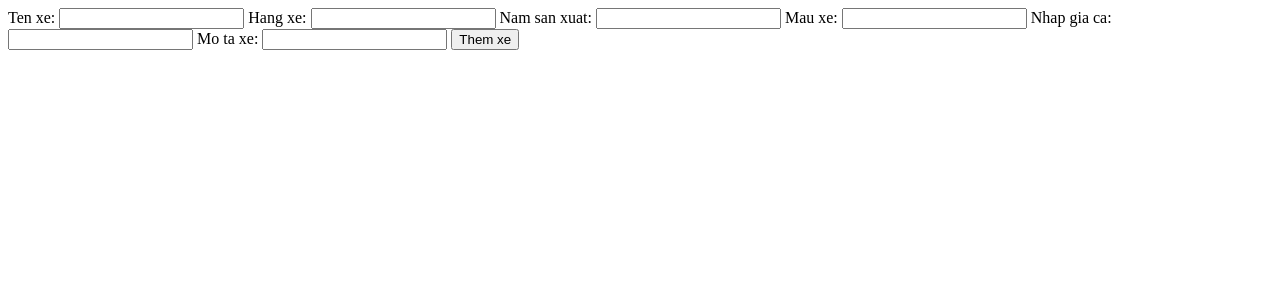
Repository: vule2809/LTW-20146307
Page: http://localhost/A-banxemay/views/product/addProduct.jsp
The author's editor kept a copy of each file at every save. The page is drawn from the files as they stood at one save, then again after the next save.
The browser window is 1280 px wide. The pictures show the whole page.
The page is served by Tomcat 9. Nobody is signed in. The application's start-up code is not run. Other server files are loaded and not shown.

Above is the page before, as saved 2023-12-05 05:50:55.

### A-banxemay/src/main/webapp/views/product/addProduct.jsp
<%@ page language="java" contentType="text/html; charset=UTF-8"
	pageEncoding="UTF-8"%>
<%@ taglib uri="http://java.sun.com/jsp/jstl/core" prefix="c"%>
<!DOCTYPE html>
<html>
<head>
<meta charset="UTF-8">
<title>Insert title here</title>
</head>
<body>
	<form action="add" method="post">
		<label>Ten xe:</label> <input type="text" name="ProductName">
		<label>Hang xe:</label> <input type="text" name="Brand">
		<label>Nam san xuat:</label> <input type="text" name="Year">
		<label>Mau xe:</label> <input type="text" name="Color">
		<label>Nhap gia ca:</label> <input type="text" name="Price">
		<label>Mo ta xe:</label> <input type="text" name="Description">
		<input type="submit" value="Them xe">

	</form>

</body>
</html>

After the next save:
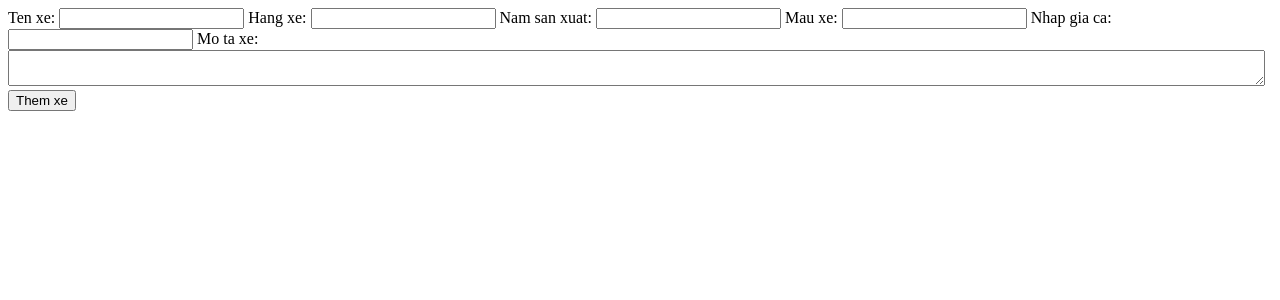
Saved 99 s later.
--- a/A-banxemay/src/main/webapp/views/product/addProduct.jsp
+++ b/A-banxemay/src/main/webapp/views/product/addProduct.jsp
@@ -14,7 +14,7 @@
 		<label>Nam san xuat:</label> <input type="text" name="Year">
 		<label>Mau xe:</label> <input type="text" name="Color">
 		<label>Nhap gia ca:</label> <input type="text" name="Price">
-		<label>Mo ta xe:</label> <input type="text" name="Description">
+		<label>Mo ta xe:</label> <textarea name="Description" cols="5" class="form-control" style="width:99%;"></textarea><br>
 		<input type="submit" value="Them xe">
 
 	</form>
